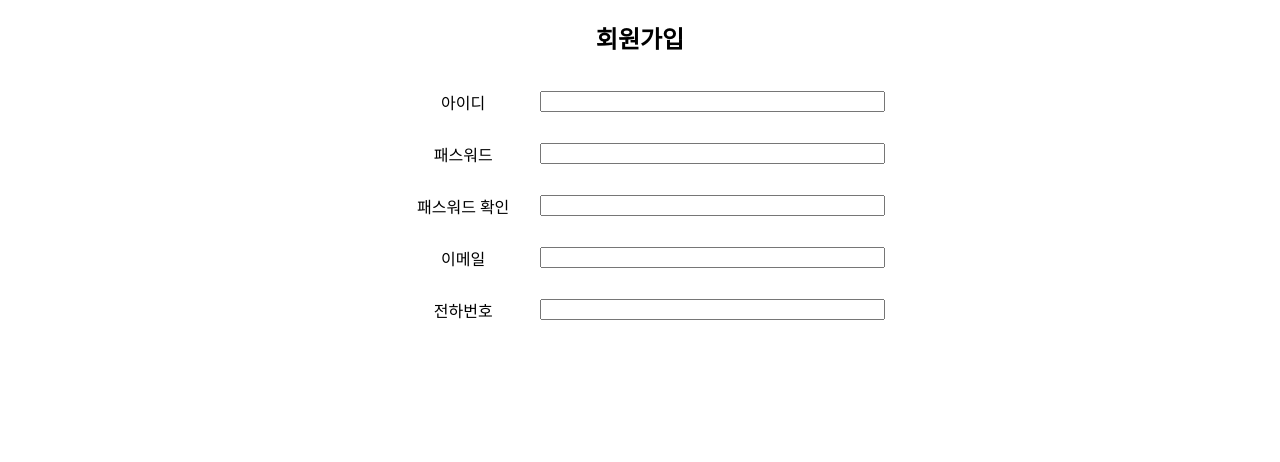
Repository: Parkjaeseong94/JspPractice1
Page: http://localhost/JSP1/RequestJoin.jsp
These files come from the project's save history. The page is drawn as it stood at one moment and after the next save; the edit follows.
The browser window is 1280 px wide. The pictures show the whole page.
The page is served by Tomcat 9.

Above is the page before, as saved 2024-02-16 02:03:52.

### JSP1/src/main/webapp/RequestJoin.jsp
<%@ page language="java" contentType="text/html; charset=EUC-KR"
    pageEncoding="EUC-KR"%>
<!DOCTYPE html>
<html>
<head>
<meta charset="EUC-KR">
<title>Insert title here</title>
</head>
<body>

	<center>
	<h2> 회원가입 </h2>
	<form action="RequestJoinProc.jst" method="post">
	<table width="500" borer="1">
	<tr height="50">
		<td width="150" align="center"> 아이디 </td>
		<td width="350" align="center"> <input type="text" name="id" size="40">
	</td>
	<tr height="50">
		<td width="150" align="center"> 패스워드 </td>
		<td width="350" align="center"> <input type="password" name="pass1" size="40">
	</td>
	<tr height="50">
		<td width="150" align="center"> 패스워드 확인 </td>
		<td width="350" align="center"> <input type="password" name="pass2" size="40">
	</td>
	<tr height="50">
		<td width="150" align="center"> 이메일 </td>
		<td width="350" align="center"> <input type="email" name="email" size="40">
	</td>
	<tr height="50">
		<td width="150" align="center"> 전하번호 </td>
		<td width="350" align="center"> <input type="tel" name="tel" size="40">
	</td>


	</table>
	</form>
	</center>

</body>
</html>

After the next save:
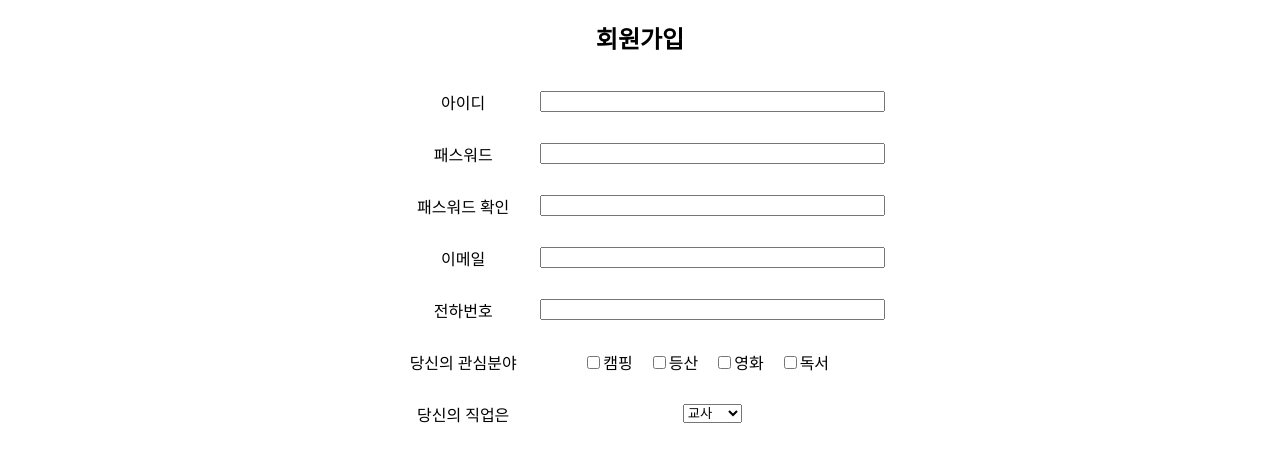
Saved 86 min 55 s later.
--- a/JSP1/src/main/webapp/RequestJoin.jsp
+++ b/JSP1/src/main/webapp/RequestJoin.jsp
@@ -32,7 +32,26 @@
 		<td width="150" align="center"> 전하번호 </td>
 		<td width="350" align="center"> <input type="tel" name="tel" size="40">
 	</td>
-
+	<tr height="50">
+		<td width="150" align="center"> 당신의 관심분야</td>
+		<td width="350" align="center">
+		<input type="checkbox" name="hobby" value="캠핑">캠핑 &nbsp;&nbsp;
+		<input type="checkbox" name="hobby" value="등산">등산 &nbsp;&nbsp;
+		<input type="checkbox" name="hobby" value="영화">영화 &nbsp;&nbsp;
+		<input type="checkbox" name="hobby" value="독서">독서 &nbsp;&nbsp;
+		</td>
+	</tr>
+	<tr height="50">
+		<td width="150" align="center"> 당신의 직업은 </td>
+		<td width="350" align="center">
+		<select name="job">
+		<option value="교사">교사</option>
+		<option value="변호사">변호사</option>
+		<option value="의사">의사</option>
+		<option value="기술사">기술사</option>
+		</select>
+		</td>
+	</tr>
 
 	</table>
 	</form>
